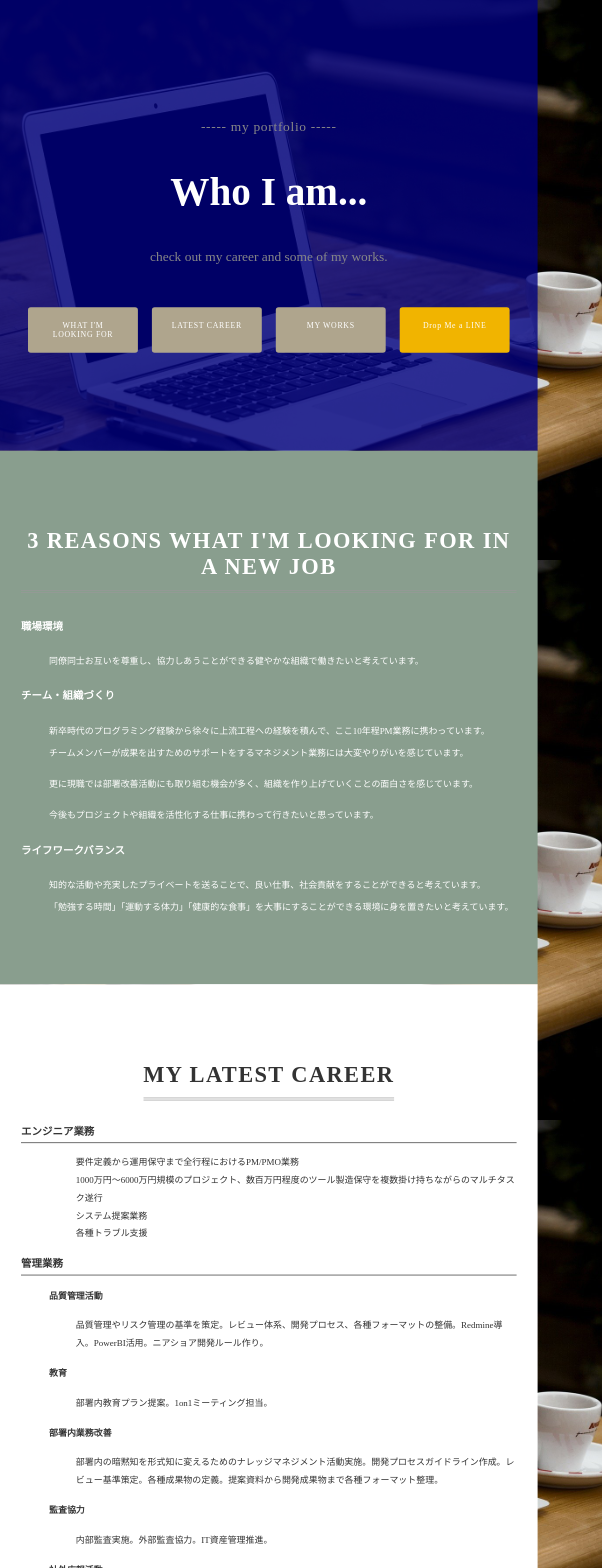
Repository: dackelteckel/myworks
Page: http://localhost/
The author's editor kept a record of every edit. The page is drawn from the files as they stood at one moment, then again after the next edit.
The browser window is 768 px wide. The page is 860 px wide, so the pictures cover 860 px, including what lies to the right of the window. The pictures show the part of the page from y = 0 to 2240 px (the page is 3277 px tall before and 2953 px after), at 70% of full size.
Backgrounds fixed to the window are drawn as part of the page. The page is run by PHP 8.4 with error messages shown; the project is at /var/www/html/.

Above is the page before.

After the next edit:
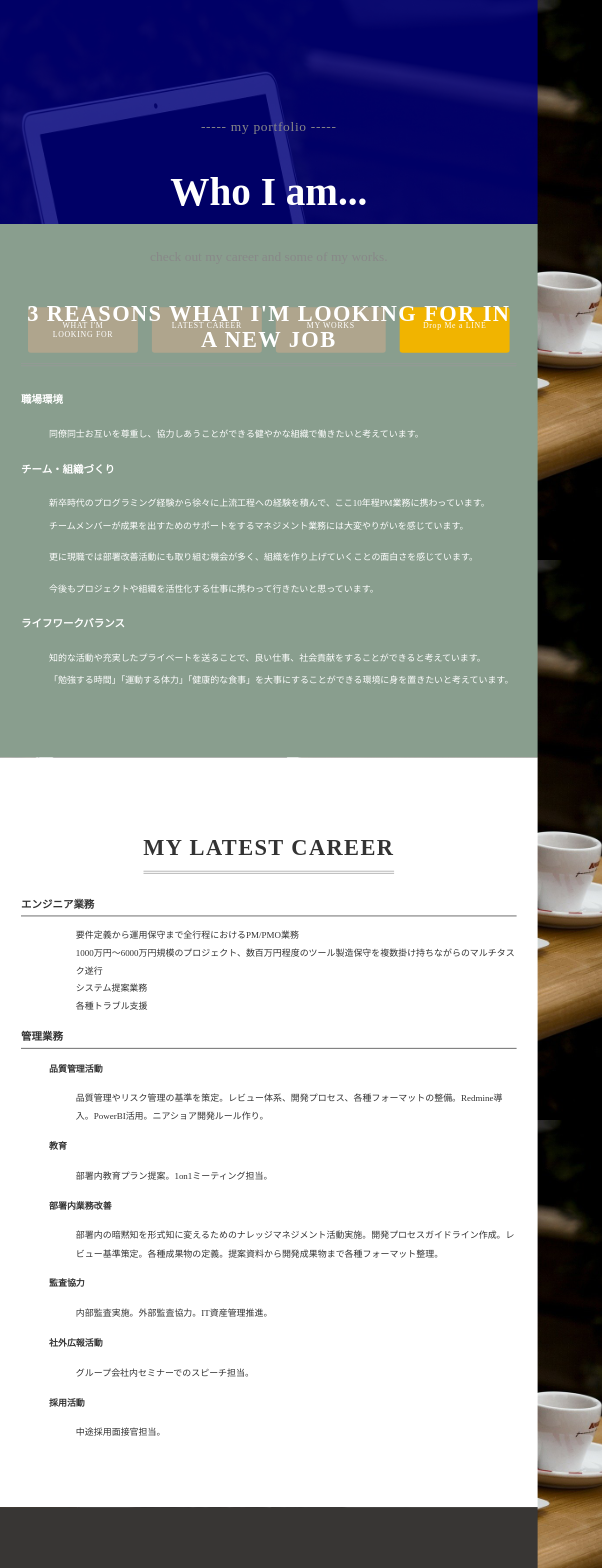
The edit:
--- a/responsive.css
+++ b/responsive.css
@@ -1,6 +1,6 @@
 @media all and (max-width: 1000px) {
-  .top-wrapper h1 {
-    font-size: 32px;
+  .header {
+    height: 40vh;
   }
 }
 

After the 2 edits that followed:
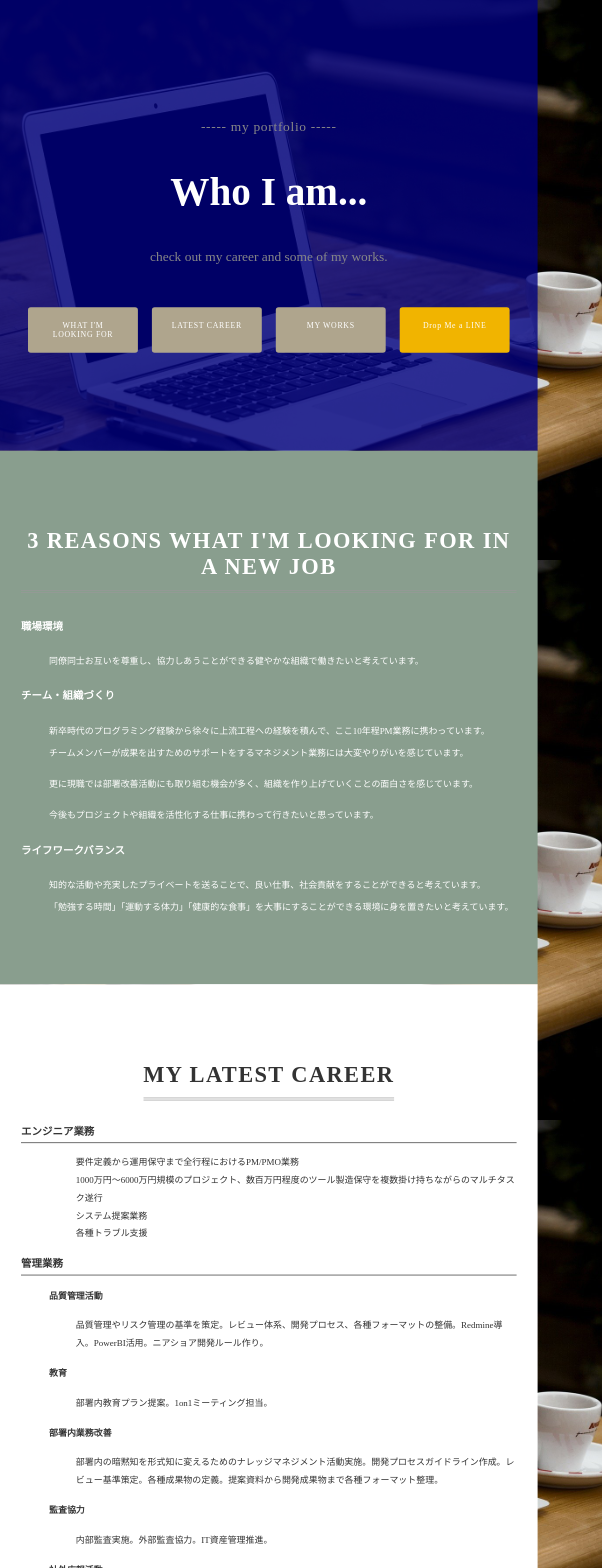
The 2 edits are shown as one change because 1 left the picture as it was.
The edit:
--- a/responsive.css
+++ b/responsive.css
@@ -1,11 +1,11 @@
 @media all and (max-width: 1000px) {
+  /*.header {*/
+  /*  height: 70vh;*/
+  /*}*/
+}
+
+@media all and (max-width: 670px) {
   .header {
     height: 40vh;
   }
 }
-
-@media all and (max-width: 670px) {
-  .header-right {
-    display: none;
-  }
-}
